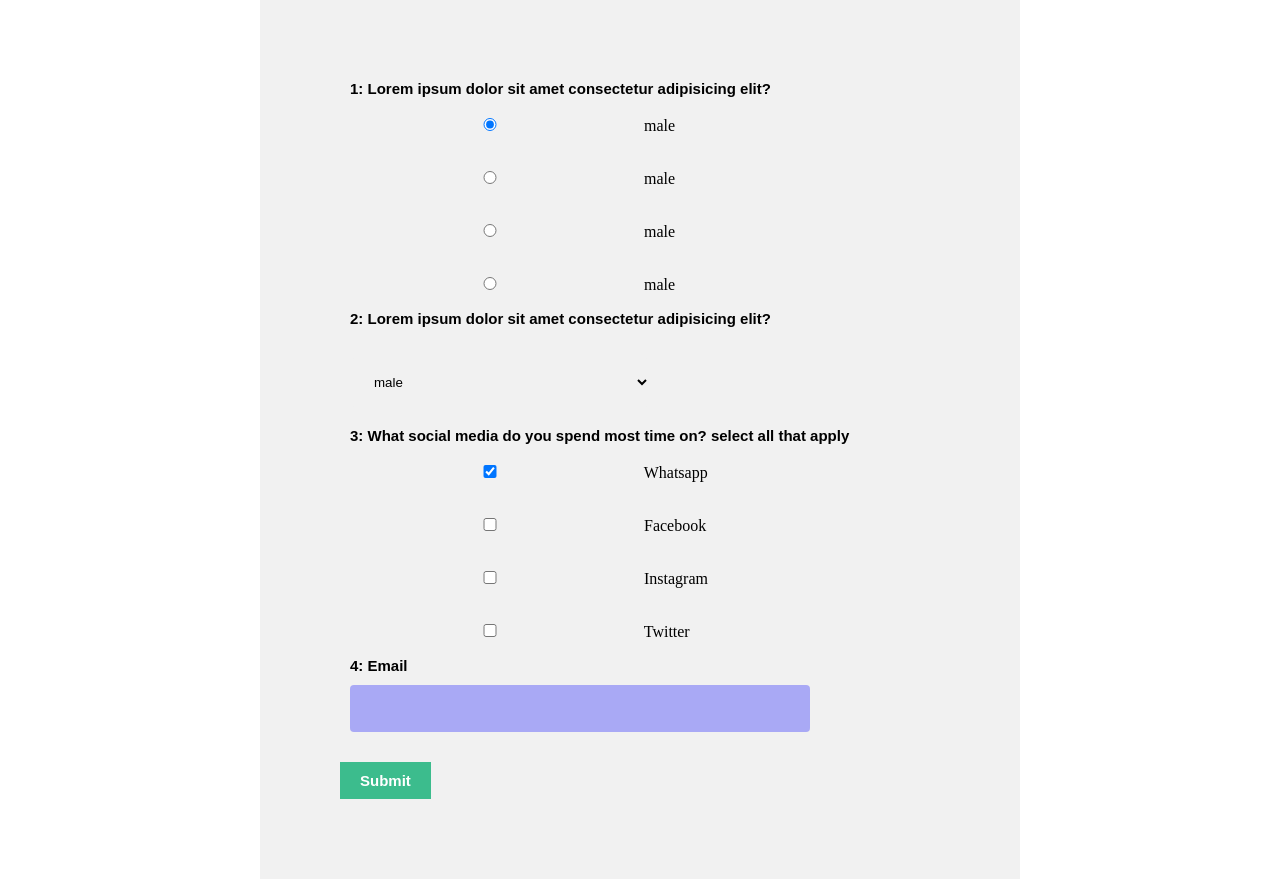
Repository: Grace229/Hasob-form
Page: index.html
The author's editor kept a copy of each file at every save. The page is drawn from the files as they stood at one save, then again after the next save.
The browser window is 1280 px wide. The pictures show the whole page.

Above is the page before, as saved 2020-12-27 11:53:16.

### index.html
<!DOCTYPE html>
<html lang="en">
<head>
    <meta charset="UTF-8">
    <meta name="viewport" content="width=device-width, initial-scale=1.0">
    <title>Document</title>
    <link rel="stylesheet" href="style.css">
</head>
<body>
    <form>
        <!-- radio button -->
        <div>
            <label class="question" for="">1: Lorem ipsum dolor sit amet consectetur adipisicing elit? </label> <br>
                <input type="radio" name="gender" value="male" class="input" checked>
                <label> male</label>
                <input type="radio" name="gender" value="male" class="input">
                <label> male</label>
                <input type="radio" name="gender" value="male" class="input">
                <label> male</label>
                <input type="radio" name="gender" value="male" class="input">
                <label> male</label>

        </div>
        <!-- dropdown -->
        <div>
            <label  class="question" for="">2: Lorem ipsum dolor sit amet consectetur adipisicing elit? </label><br>
               <select name="grace" id="input">
                   <option value="male" class="check">
                    <label> male</label>
                   </option>
                   <option value="male" class="check">
                    <label> male</label>
                   </option>
                   <option value="male" class="check">
                    <label> male</label>
                   </option>
                   <option value="male" class="check">
                    <label> male</label>
                   </option>
               </select>
        </div>
        <!-- checkboxes -->
           <div>
            <label  class="question" for="">3: What social media do you spend most time on? select all that apply</label><br>
               <input type="checkbox" name="gender" value="male" class="input" checked>
               <label> Whatsapp</label>
                <input type="checkbox" name="gender" value="male" class="input">
                <label> Facebook</label>
                <input type="checkbox" name="gender" value="male" class="input">
                <label> Instagram</label>
                <input type="checkbox" name="gender" value="male" class="input">
                <label> Twitter</label>
        </div>
        <!-- textbox -->
        <div>
            <label  class="question" for=""> 4: Email</label> <br>
            <input type="email" name="email" id="email">
        </div>

        <div>
          <button class="btn"> Submit </button>
        </div>
   </form>
</body>
</html>

### style.css
*{
    padding: 0;
    margin: 0;
}
.question{
    font-size: 15px;
    font-weight: bold;
    font-family: sans-serif;
    margin: 10px 50px 10px 10px;
}

.input{
    width: 50%;
    margin: 20px 0px 20px 0px;
    cursor: pointer;

}
.check{
    border: solid 1px black;
}
#input{
    width: 50%;
    margin: 30px 10px 20px 10px;
    border: none;
}
select{
    border: 1px  solid black;
    background-color:#f1f1f1;
    padding: 16px 20px;
    border-radius: 4px;
}
option{
    border: 1px solid black;
    font-size:  15px;
}
form{
    width: 600px;
    margin: auto;
    background-color: #f1f1f1;
    padding: 80px;
}
#email{
    width: 70%;
    margin: 10px 10px 30px 10px;
    border: none;
    background-color: rgb(169, 169, 245);
    padding: 16px 20px;
    border-radius: 4px;
    cursor: pointer;
}
#email:focus{
    background-color: #ffffff;
    font-size: 20px;

}
.btn{
    cursor: pointer;
    display: inline-block;
    border: 0;
    font-weight: bold;
    padding: 10px 20px;
    background: #3CBC8D;
    color: #fff;
    font-size: 15px;
}

.btn:hover{
opacity: 0.9;
}

After the next save:
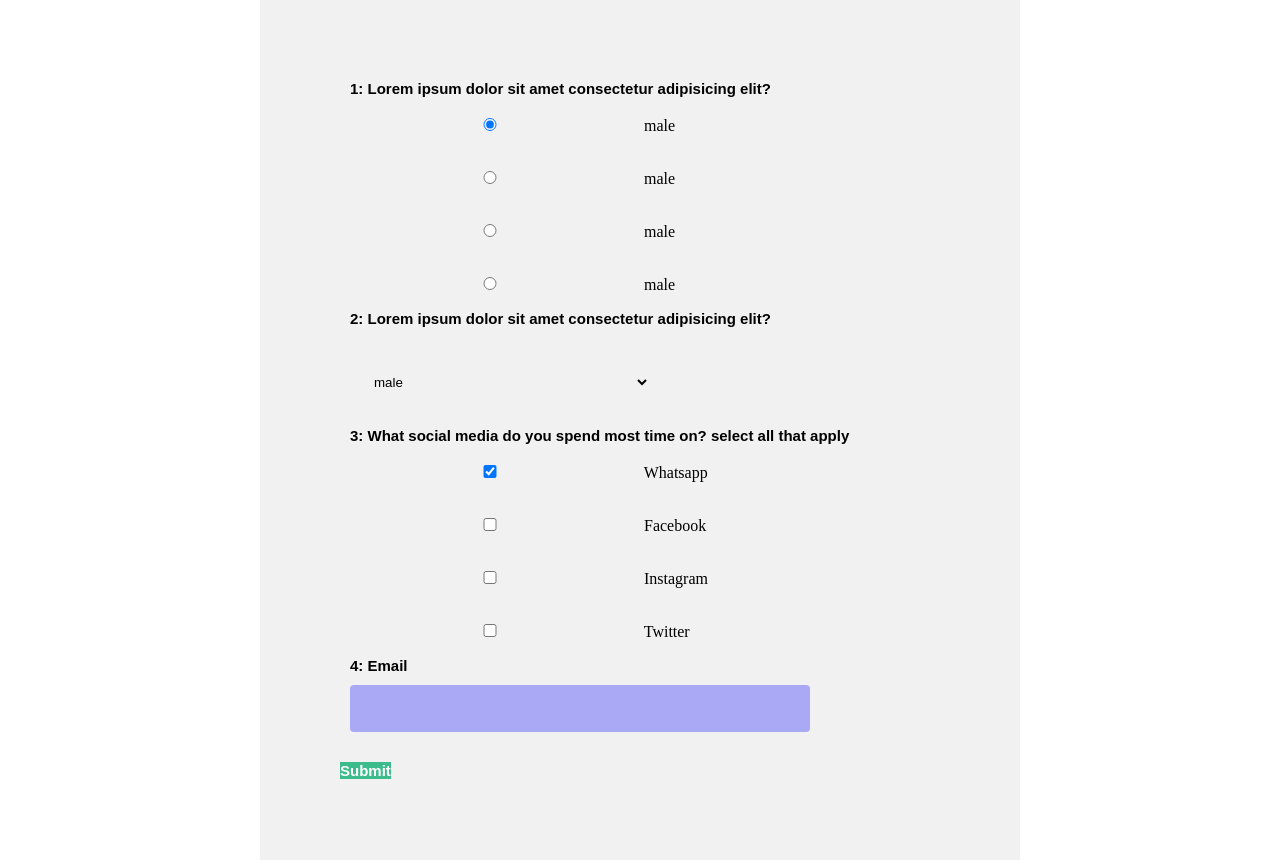
Saved 8 h 36 min later.
--- a/style.css
+++ b/style.css
@@ -58,7 +58,7 @@
     display: inline-block;
     border: 0;
     font-weight: bold;
-    padding: 10px 20px;
+    /* padding: 10px 20px; */
     background: #3CBC8D;
     color: #fff;
     font-size: 15px;

After the save that followed:
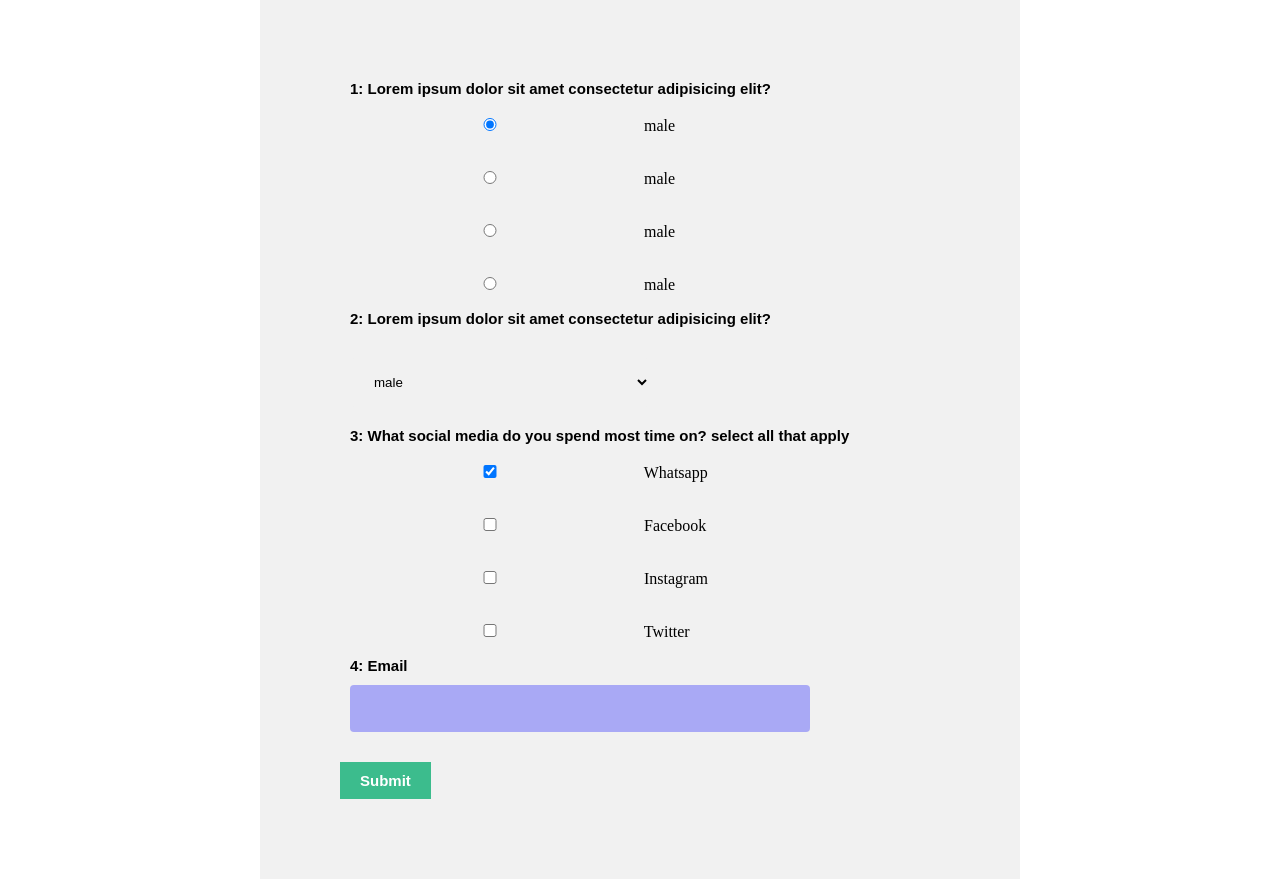
Saved 14 s later.
--- a/style.css
+++ b/style.css
@@ -58,7 +58,7 @@
     display: inline-block;
     border: 0;
     font-weight: bold;
-    /* padding: 10px 20px; */
+    padding: 10px 20px;
     background: #3CBC8D;
     color: #fff;
     font-size: 15px;
